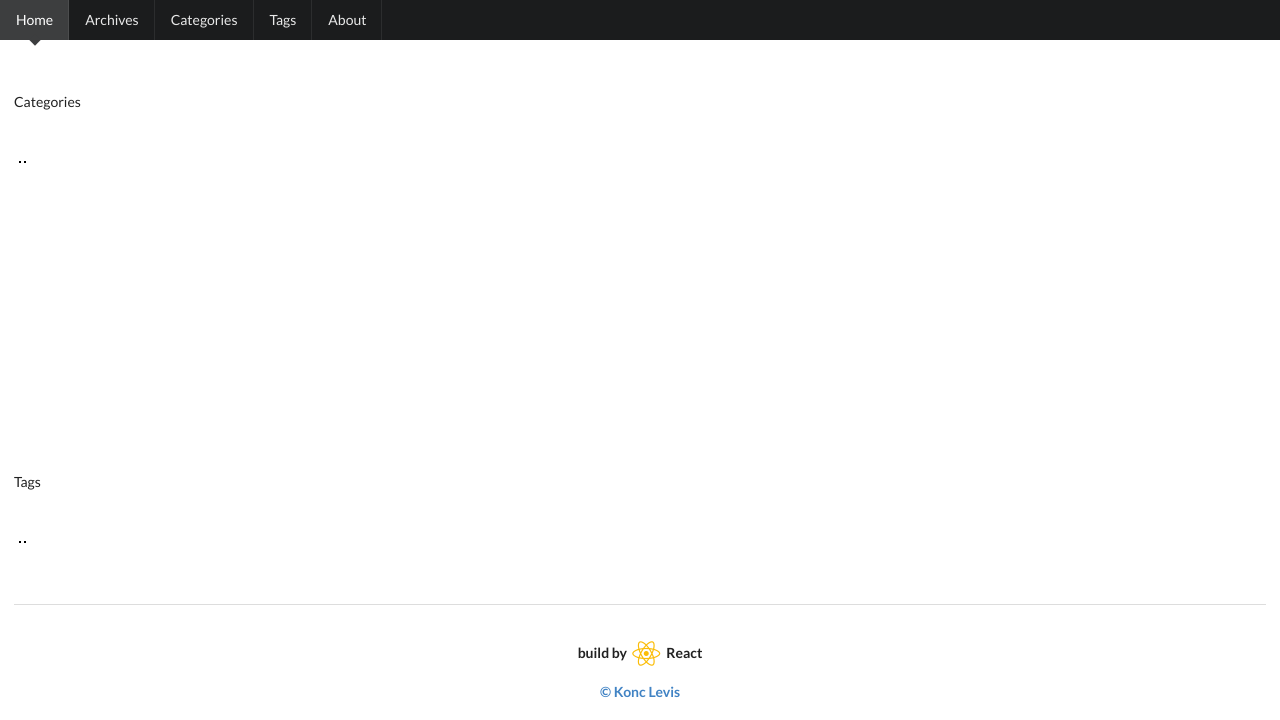
Repository: chu4j/my-spring-cloud-blog-frontend
Page: /
These files come from the project's save history. The page is drawn as it stood at one moment and after the next save; the edit follows.
The browser window is 1280 px wide. The pictures show the whole page.
The page's requests for data from a server got no answer. The project was rebuilt for these pictures with package versions that can differ from the ones it lists, and the page was loaded fresh each time. No one was signed in, and anything a server would have sent is missing. Also part of the build but not shown: src/components/Categories.jsx, src/components/FocusContent.jsx, src/css/App.css, src/components/owner/LoginForm.jsx, src/components/Tags.jsx, src/components/Timeline.jsx, src/components/TimelineHome.jsx.

Above is the page before, as saved 2021-02-24 11:59:48.

### src/index.js
import React from 'react';
import ReactDOM from 'react-dom';
import { BrowserRouter } from 'react-router-dom';
import 'semantic-ui-css/semantic.min.css';
import './css/index.css';
import BlogRouter from './router/Router';
import  'github-markdown-css';
ReactDOM.render(<
    BrowserRouter forceRefresh={true} >
    <BlogRouter />
</BrowserRouter>,
    document.getElementById('root')
);

### src/css/index.css
body {
  margin: 1em;
  -webkit-font-smoothing: antialiased;
  -moz-osx-font-smoothing: grayscale;
}

code {
  font-family: source-code-pro, Menlo, Monaco, Consolas, "Courier New",
    monospace;
}

.post-container {
  padding: 2px;
  border-radius: 0.5em;
}

.post-title {
  color: #010101;
}

.post-title:hover {
  color: #010101;
  text-decoration: underline;
}

/*animate*/

.posts-appear {
  opacity: 0;
}

.posts-enter {
  opacity: 1;
  transform: scale(0.95);
}

.posts-enter-active {
  opacity: 1;
  transform: translateX(0);
  transition: opacity 300ms, transform 200ms;
}

.posts-exit {
  opacity: 1;
  transform: scale(0.9);
}

.posts-exit-active {
  opacity: 0;
  transform: translateX(0);
  transition: opacity 300ms, transform 200ms;
}

.post-container pre code {

}
.common-label {
  display: inline-block;
  margin: 5px;
  padding: 2px;
  color: #010101;
  border-bottom: 2px dotted #010101;
  border-radius: 0;
}
.common-label-container{
  min-height: 280px;
}
.menu-container{
  margin-bottom: 50px;
}

### src/router/Router.jsx
import { Route, Switch } from "react-router-dom";
import Categories from "../components/Categories";
import FocusPostComponent from "../components/FocusContent";
import Home from "../components/Home";
import LoginForm from "../components/owner/LoginForm";
import Tags from "../components/Tags";
import MyTimeline from "../components/Timeline";
import TimelineHome from "../components/TimelineHome";
export default function BlogRouter() {
  return (
    <Switch>
      <Route path="/" exact>
        <Home />
      </Route>
      <Route path="/owner/login" exact>
        <LoginForm />
      </Route>
      <Route path="/category/:name" exact>
        <Home />
      </Route>
      <Route path="/tag/:name" exact>
        <Home />
      </Route>
      <Route path="/posts/page/:pageNumber">
        <Home />
      </Route>
      <Route path="/category/:name/page/:pageNumber">
        <Home />
      </Route>
      <Route path="/tag/:name/page/:pageNumber">
        <Home />
      </Route>
      <Route path="/post/:postId" exact>
        <FocusPostComponent />
      </Route>
      <Route path="/categories" exact>
        <Categories />
      </Route>
      <Route path="/tags" exact>
        <Tags />
      </Route>
      <Route path="/posts/timeline" exact>
        <TimelineHome />
      </Route>
      <Route path="/posts/timeline/page/:pageNumber" exact>
        <TimelineHome />
      </Route>
    </Switch>
  );
}

### src/components/Home.jsx
import { React, useEffect, useState } from "react";
import { useParams, useRouteMatch } from "react-router-dom";
import "../css/App.css";
import { ServerHost } from "./AppConfig";
import BlogLayout from "./BlogLayout";
import CategoryComponent from "./CategoryComponent";
import ContentComponent from "./Content";
import TagComponent from "./TagComponent";
async function getArchive(path) {
  const axios = require("axios").default;
  if (null == path) {
    return axios.get(ServerHost + "/v1/api/archive").then((res) => res.data);
  } else {
    return axios.get(path).then((res) => res.data);
  }
}
function countPath(router, name, pageNumber) {
  let requestUrl = "";
  let pagePrefix = "";
  const path = router.path;
  switch (path) {
    case "/":
      requestUrl = ServerHost + "/v1/api/archive";
      pagePrefix = "/posts/page/";
      break;
    case "/category/:name":
      requestUrl = ServerHost + "/v1/api/category/" + name;
      pagePrefix = "/category/" + name + "/page/";
      break;
    case "/category/:name/page/:pageNumber":
      requestUrl =
        ServerHost + "/v1/api/category/" + name + "?page=" + pageNumber;
      pagePrefix = "/category/" + name + "/page/";
      break;
    case "/tag/:name":
      requestUrl = ServerHost + "/v1/api/tag/" + name;
      pagePrefix = "/tag/" + name + "/page/";
      break;
    case "/tag/:name/page/:pageNumber":
      requestUrl = ServerHost + "/v1/api/tag/" + name + "?page=" + pageNumber;
      pagePrefix = "/tag/" + name + "/page/";
      break;
    case "/posts/page/:pageNumber":
      requestUrl = ServerHost + "/v1/api/archive?page=" + pageNumber;
      pagePrefix = "/posts/page/";
      break;
    default:
      break;
  }
  return { requestUrl, pagePrefix };
}
export default function Home() {
  let { name, pageNumber } = useParams();
  const router = useRouteMatch();
  console.log("router:" + JSON.stringify(router) + " type:" + typeof router);
  const params = countPath(router, name, pageNumber);
  console.log("returnPath:" + params.requestUrl);
  let activePage = 1;
  if (null != pageNumber && undefined != pageNumber) activePage = pageNumber;
  const [response, setData] = useState({});
  useEffect(() => {
    getArchive(params.requestUrl).then((res) => {
      setData(res);
    });
  }, []);
  return (
    <BlogLayout
      CategoryComponent={<CategoryComponent />}
      TagComponent={<TagComponent />}
      ContentComponent={
        <ContentComponent
          response={response}
          activePage={activePage}
          pagePrefix={params.pagePrefix}
        />
      }
      style={{ margin: 0, padding: 0 }}
    />
  );
}

### src/components/BlogLayout.jsx
import { Grid } from "semantic-ui-react";
import "../css/index.css";
import Header from "./BlogHeader";
import DivRow from "./Common";
import Footer from "./Footer";
export default function BlogLayout(props) {
  return (
    <div className="customBackground">
      <Grid stackable>
        <Grid.Row columns={1}>
          <Header />
        </Grid.Row>
        <Grid.Row>
          {props.CategoryComponent && props.TagComponent && (
            <Grid.Column width={3}>
              {props.CategoryComponent}
              <DivRow />
              <DivRow />
              <DivRow />
              {props.TagComponent}
            </Grid.Column>
          )}
          {props.CategoryComponent &&
          props.TagComponent &&
          props.ContentComponent ? (
            <Grid.Column width={12}>{props.ContentComponent}</Grid.Column>
          ) : (
            <Grid.Column width={16}>{props.ContentComponent}</Grid.Column>
          )}
        </Grid.Row>
        <Grid.Row columns={1}>
          <Grid.Column>
            <Footer />
          </Grid.Column>
        </Grid.Row>
      </Grid>
    </div>
  );
}

### src/components/CategoryComponent.jsx
import React, { Component } from "react";
import { ServerHost } from "./AppConfig";
import DivRow from "./Common";
class CategoryComponent extends Component {
  state = {
    data: [{}],
  };
  componentDidMount() {
    const axois = require("axios").default;
    axois
      .get(ServerHost + "/v1/api/category/statistics/count")
      .then((res) => {
        const data = res.data;
        this.setState({ data: data });
      })
      .catch((error) => {
        console.log(error);
      });
    console.log("category card render");
  }
  render() {
    return (
      <>
        <span>Categories</span>
        <DivRow />
        <div className="common-label-container">
          {this.state.data.map((e, index) => (
            <a key={index} href={"/category/" + e.value} className="common-label">
              {e.value}
              &nbsp;
              {e.count}
            </a>
          ))}
        </div>
      </>
    );
  }
}
export default CategoryComponent;

### src/components/AppConfig.jsx
export const ServerHost = "http://localhost:9000";

### src/components/Content.jsx
import { React, useEffect, useState } from "react";
import { useHistory, withRouter } from "react-router-dom";
import { CSSTransition } from "react-transition-group";
import { Container, Grid, Header, Icon, Pagination } from "semantic-ui-react";
import DivRow from "./Common";

function ContentComponent(props) {
  const hljs = require("highlight.js");
  const [showComponent, setShowComponent] = useState(false);
  console.log("state : " + showComponent);
  useEffect(() => {
    let time = setTimeout(() => setShowComponent(true), 100);
    hljs.highlightAll();
    return () => {
      clearTimeout(time);
    };
  }, []);
  const history = useHistory();
  const handlePaginationClick = (e, { activePage }) => {
    const url = props.pagePrefix + activePage;
    history.push(url);
  };
  return (
    <>
      <CSSTransition
        in={showComponent}
        classNames="posts"
        timeout={200}
        unmountOnExit
      >
        <Container fluid>
          {props.response.list &&
            props.response.list.map((a, index) => (
              <div
                className="post-container"
                style={index > 0 ? { marginTop: "20px" } : {}}
              >
                <Header as="h1" textAlign="center">
                  <a href={"/post/" + a.serialNumber} className="post-title">
                    {a.title}
                  </a>
                </Header>
                {
                  <div
                    className="markdown-body"
                    dangerouslySetInnerHTML={{ __html: a.content }}
                  ></div>
                }

                <DivRow />
                {a.category && a.tag && (
                  <>
                    <Container fluid>
                      <Grid>
                        <Grid.Row>
                          <Grid.Column width={5}>
                            {a.category.map((c, index) => (
                              <>
                                {" "}
                                <div key={index}>
                                  <span>
                                    <Icon name="linkify" color="blue" />
                                    <a
                                      href={"/category/" + c.category}
                                      style={{ fontWeight: "900" }}
                                    >
                                      {c.category}
                                    </a>
                                  </span>
                                </div>
                              </>
                            ))}
                          </Grid.Column>

                          <Grid.Column width={11}>
                            {a.tag.map((t, index) => (
                              <>
                                {" "}
                                <span key={index}>
                                  <Icon name="hashtag" color="yellow" />
                                  <a
                                    href={"/tag/" + t.tag}
                                    style={{ fontWeight: "900" }}
                                  >
                                    {t.tag}
                                  </a>
                                </span>
                              </>
                            ))}
                          </Grid.Column>
                        </Grid.Row>
                      </Grid>
                    </Container>
                  </>
                )}
                <DivRow />
                <DivRow />
              </div>
            ))}
          {props.response.totalPage > 1 && props.activePage && (
            <Container fluid textAlign="center" style={{ marginTop: "2em" }}>
              <Pagination
                totalPages={props.response.totalPage}
                firstItem={null}
                lastItem={null}
                pointing
                secondary
                activePage={props.activePage}
                onPageChange={handlePaginationClick}
              />
            </Container>
          )}
          {props.focus && props.response.list && (
            <div style={{ marginTop: "1em" }}>
              <Grid stackable>
                <Grid.Row>
                  <Grid.Column width={8}>
                    {props.response.list.map((e, index) => (
                      <>
                        {e.previous && (
                          <a
                            key={index}
                            href={"/post/" + e.previous.serialNumber}
                            style={{ fontWeight: "900" }}
                          >
                            <Icon name="angle left" size="big"></Icon>
                            &nbsp;&nbsp;{e.previous.title}
                          </a>
                        )}
                      </>
                    ))}
                  </Grid.Column>
                  <Grid.Column width={8} textAlign="right">
                    {props.response.list.map((e, index) => (
                      <>
                        {e.next && (
                          <a
                            key={index}
                            href={"/post/" + e.next.serialNumber}
                            style={{ fontWeight: "900" }}
                          >
                            {e.next.title}&nbsp;&nbsp;
                            <Icon name="angle right" size="big"></Icon>
                          </a>
                        )}
                      </>
                    ))}
                  </Grid.Column>
                </Grid.Row>
              </Grid>
            </div>
          )}
        </Container>
      </CSSTransition>
    </>
  );
}
export default withRouter(ContentComponent);

### src/components/TagComponent.jsx
import React, { Component } from "react";
import { ServerHost } from "./AppConfig";
import DivRow from "./Common";
class TagComponent extends Component {
  state = {
    data: [{}],
  };
  componentDidMount() {
    const axois = require("axios").default;
    axois
      .get(ServerHost + "/v1/api/tag/statistics/count")
      .then((res) => {
        const data = res.data;
        this.setState({ data: data });
      })
      .catch((error) => {
        console.error(error);
      });
  }
  render() {
    return (
      <>
        <span>Tags</span>
        <DivRow />
        <div>
          {this.state.data.map((e, index) => (
            <a key={index} href={"/tag/" + e.value} className="common-label">
              {e.value}
              &nbsp;
              {e.count}
            </a>
          ))}
        </div>
      </>
    );
  }
}
export default TagComponent;

### src/components/Common.jsx
export default function DivRow() {
  return <div>&nbsp;</div>;
}

### src/components/BlogHeader.jsx
import React, { Component } from "react";
import { Container, Menu } from "semantic-ui-react";
const menuStyle = {
  border: "none",
  borderRadius: 0,
  boxShadow: "none",
  marginBottom: "1em",
  marginTop: "4em",
  transition: "box-shadow 0.5s ease, padding 0.5s ease",
};

class BlogHeader extends Component {
  state = {
    activeItem: "home",
  };

  handleItemClick = (e, { name }) => this.setState({ activeItem: name });
  render() {
    const { activeItem } = this.state;
    return (
      <Container fluid className="menu-container">
        <Menu  fixed="top" pointing inverted>
          <Menu.Item
            as="a"
            name="home"
            active={activeItem === "home"}
            onClick={this.handleItemClick}
            link
            href="/"
          ></Menu.Item>
          <Menu.Item
            as="a"
            name="archives"
            active={activeItem === "archives"}
            onClick={this.handleItemClick}
            link
            href="/posts/timeline"
          />
          <Menu.Item
            as="a"
            name="categories"
            active={activeItem === "categories"}
            onClick={this.handleItemClick}
            link
            href="/categories"
          />
          <Menu.Item
            name="tags"
            active={activeItem === "tags"}
            onClick={this.handleItemClick}
            as="a"
            href="/tags"
          />
          <Menu.Item
            name="about"
            active={activeItem === "about"}
            onClick={this.handleItemClick}
          />
        </Menu>
      </Container>
    );
  }
}

export default BlogHeader;

### src/components/Footer.jsx
import { Component, React } from "react";
import { Divider, Icon } from "semantic-ui-react";
import DivRow from "./Common";

class Footer extends Component {
  render() {
    return (
      <div style={{ marginTop: "2em", textAlign: "center" }}>
        <Divider />
        <DivRow />
        <p style={{ fontWeight: "900" }}>
          build by <Icon name="react" color="yellow" size="big" />
          <b>React</b>
        </p>

        <a href="https://www.github.com/konchoo">
          <b>&copy;&nbsp;Konc Levis</b>
        </a>
      </div>
    );
  }
}
export default Footer;

Loaded but not shown: public/index.html (common file)

After the next save:
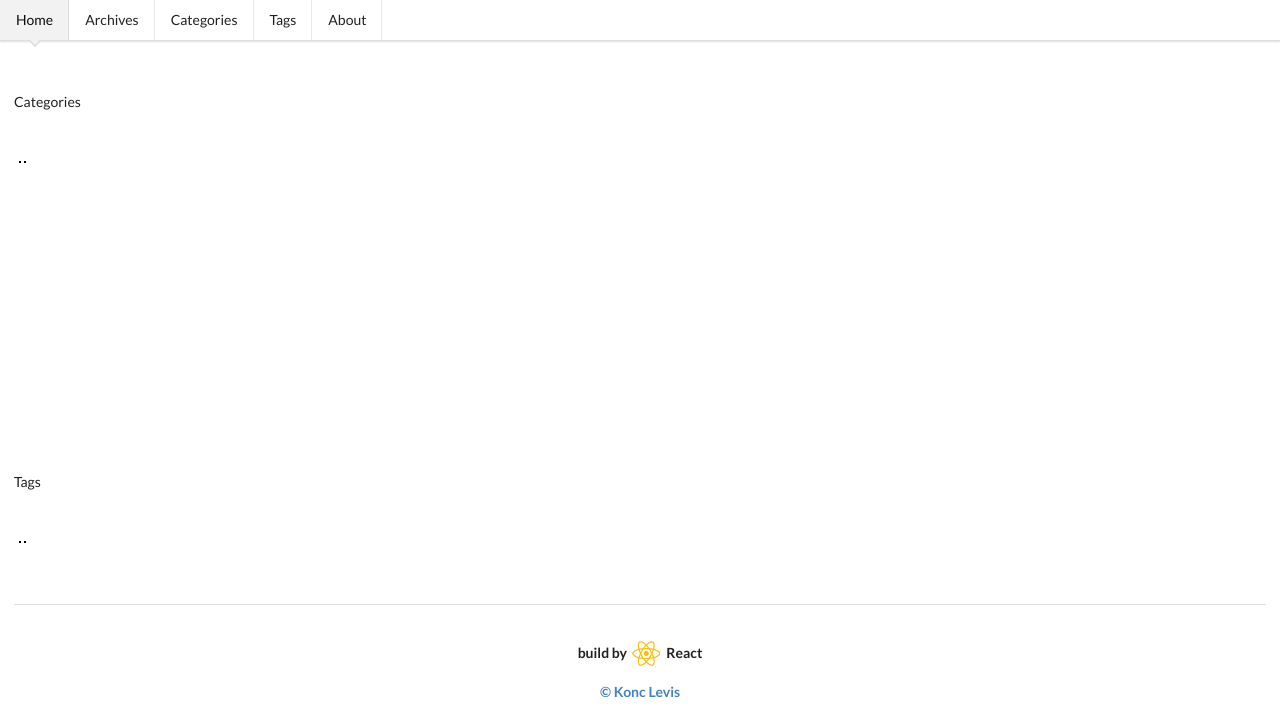
Saved 38 s later.
--- a/src/components/BlogHeader.jsx
+++ b/src/components/BlogHeader.jsx
@@ -19,7 +19,7 @@ class BlogHeader extends Component {
     const { activeItem } = this.state;
     return (
       <Container fluid className="menu-container">
-        <Menu  fixed="top" pointing inverted>
+        <Menu  fixed="top" pointing >
           <Menu.Item
             as="a"
             name="home"
